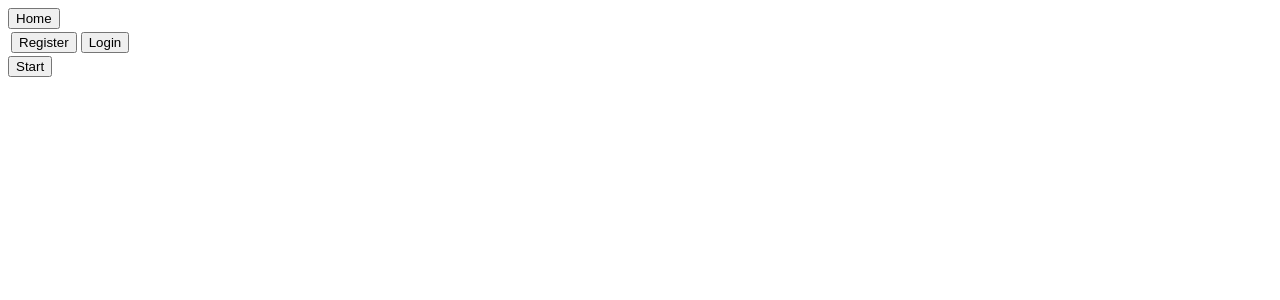
Repository: 1412554/EduSolution
Page: http://localhost/EduSolution/home
An editor plug-in stored every save of this project. The page is shown before and after the next save, followed by the edit.
The browser window is 1280 px wide. The pictures show the whole page.
The page is served by Tomcat 9. Other server files are loaded and not shown. Queries for data that is not in the repository find no rows.

Above is the page before, as saved 2017-05-28 08:26:33.

### Eclipse workspace/EduSolution/WebContent/WEB-INF/views/homeView.jsp
<%@ taglib prefix="c" uri="http://java.sun.com/jsp/jstl/core"%>
<%@ page language="java" contentType="text/html; charset=UTF-8"
  pageEncoding="UTF-8"%>
<!DOCTYPE html>
<html>
  	<head>
     	<title>HOME PAGE</title>
  	</head>

  	<body>
  	<jsp:include page="account.jsp"></jsp:include>

  	<form method="POST" action="q1">
  		<input type="submit" value="Start" />
	</form>


  	</body>
</html>

### Eclipse workspace/EduSolution/WebContent/WEB-INF/views/account.jsp
<%@ taglib prefix="c" uri="http://java.sun.com/jsp/jstl/core"%>
<%@ page language="java" contentType="text/html; charset=UTF-8"
    pageEncoding="UTF-8"%>
<html>
<head>
</head>
<body>
	<form action="${pageContext.request.contextPath}/">
	    <input type="submit" value="Home" />
	</form>
	<c:choose>
		<c:when test="${loginedUser == null}">
		<table border="0">
		<tr>
			<td>
			<form action="${pageContext.request.contextPath}/register">
			    <input type="submit" value="Register" />
			</form>
			</td>
			<td>
			<form action="${pageContext.request.contextPath}/login">
			    <input type="submit" value="Login" />
			</form>
			</td>
		</tr>
		</table>
		</c:when>

		<c:otherwise>
		<table border="0">
		<tr>
			<td>
			<a href="${pageContext.request.contextPath}/userInfo">${loginedUser.userName}</a>
			</td>
			<td>
			<form action="${pageContext.request.contextPath}/logout">
				<input type="submit" value="Log out" />
			</form>
			</td>
		</tr>
		</table>
		</c:otherwise>
	</c:choose>
</body>
</html>

### Eclipse workspace/EduSolution/src/edusolution/servlet/HomeServlet.java
package edusolution.servlet;

import java.io.IOException;

import javax.servlet.RequestDispatcher;
import javax.servlet.ServletException;
import javax.servlet.annotation.WebServlet;
import javax.servlet.http.HttpServlet;
import javax.servlet.http.HttpServletRequest;
import javax.servlet.http.HttpServletResponse;

@WebServlet(urlPatterns = { "/home"})
public class HomeServlet extends HttpServlet {
   private static final long serialVersionUID = 1L;

   public HomeServlet() {
       super();
   }

   @Override
   protected void doGet(HttpServletRequest request, HttpServletResponse response)
           throws ServletException, IOException {

       RequestDispatcher dispatcher = this.getServletContext().getRequestDispatcher("/WEB-INF/views/homeView.jsp");

       dispatcher.forward(request, response);

   }

   @Override
   protected void doPost(HttpServletRequest request, HttpServletResponse response)
           throws ServletException, IOException {
       doGet(request, response);
   }

}

### Eclipse workspace/EduSolution/src/edusolution/conn/ConnectionUtils.java
package edusolution.conn;

import java.sql.Connection;
import java.sql.SQLException;

public class ConnectionUtils {

   public static Connection getConnection()
             throws ClassNotFoundException, SQLException {

        return MySQLConnUtils.getMySQLConnection();
   }

   public static void closeQuietly(Connection conn) {
       try {
           conn.close();
       } catch (Exception e) {
       }
   }

   public static void rollbackQuietly(Connection conn) {
       try {
           conn.rollback();
       } catch (Exception e) {
       }
   }
}

### Eclipse workspace/EduSolution/src/edusolution/conn/MySQLConnUtils.java
package edusolution.conn;

import java.sql.Connection;
import java.sql.DriverManager;
import java.sql.SQLException;

public class MySQLConnUtils {

public static Connection getMySQLConnection()
        throws ClassNotFoundException, SQLException {

    // Chú ý: Thay đổi các thông số kết nối cho phù hợp.
    String hostName = "localhost";
    String dbName = "edusolution";
    String userName = "root";
    String password = "";
    return getMySQLConnection(hostName, dbName, userName, password);
}

public static Connection getMySQLConnection(String hostName, String dbName,
        String userName, String password) throws SQLException,
        ClassNotFoundException {
    // Khai báo class Driver cho DB MySQL
    // Việc này cần thiết với Java 5
    // Java6 trở lên tự động tìm kiếm Driver thích hợp.
    // Nếu bạn dùng Java > 5, thì ko cần dòng này cũng được.
    Class.forName("com.mysql.jdbc.Driver");

    // Cấu trúc URL Connection dành cho MySQL
    // Ví dụ: jdbc:mysql://localhost:3306/simplehr
    String connectionURL = "jdbc:mysql://" + hostName + ":3306/" + dbName;

    Connection conn = DriverManager.getConnection(connectionURL, userName,
            password);
    return conn;
}
}

### Eclipse workspace/EduSolution/src/edusolution/utils/MyUtils.java
package edusolution.utils;

import java.sql.Connection;



import javax.servlet.ServletRequest;
import javax.servlet.http.Cookie;
import javax.servlet.http.HttpServletRequest;
import javax.servlet.http.HttpServletResponse;
import javax.servlet.http.HttpSession;



import edusolution.beans.UserAccount;

public class MyUtils {

   public static final String ATT_NAME_CONNECTION = "ATTRIBUTE_FOR_CONNECTION";

   private static final String ATT_NAME_USER_NAME = "ATTRIBUTE_FOR_STORE_USER_NAME_IN_COOKIE";

   // Lưu trữ Connection vào một thuộc tính của request.
   // Thông tin lưu trữ chỉ tồn tại trong thời gian yêu cầu (request)
   // cho tới khi dữ liệu được trả về trình duyệt người dùng.
   public static void storeConnection(ServletRequest request, Connection conn) {
       request.setAttribute(ATT_NAME_CONNECTION, conn);
   }

   // Lấy đối tượng Connection đã được lưu trữ trong 1 thuộc tính của request.
   public static Connection getStoredConnection(ServletRequest request) {
       Connection conn = (Connection) request.getAttribute(ATT_NAME_CONNECTION);
       return conn;
   }

   // Lưu trữ thông tin người dùng đã login vào Session
   public static void storeLoginedUser(HttpSession session, UserAccount loginedUser) {
       // Trên JSP có thể truy cập ${loginedUser}
       session.setAttribute("loginedUser", loginedUser);
   }

   // Lấy thông tin người dùng đã login trong session.
   public static UserAccount getLoginedUser(HttpSession session) {
       UserAccount loginedUser = (UserAccount) session.getAttribute("loginedUser");
       return loginedUser;
   }

   // Lưu thông tin người dùng vào Cookie.
   public static void storeUserCookie(HttpServletResponse response, UserAccount user) {
       System.out.println("Store user cookie");
       Cookie cookieUserName = new Cookie(ATT_NAME_USER_NAME, user.getUserName());
       // 1 ngày (Đã đổi ra giây)
       cookieUserName.setMaxAge(24 * 60 * 60);
       response.addCookie(cookieUserName);
   }

   public static String getUserNameInCookie(HttpServletRequest request) {
       Cookie[] cookies = request.getCookies();
       if (cookies != null) {
           for (Cookie cookie : cookies) {
               if (ATT_NAME_USER_NAME.equals(cookie.getName())) {
                   return cookie.getValue();
               }
           }
       }
       return null;
   }

   // Xóa Cookie của người dùng
   public static void deleteUserCookie(HttpServletResponse response) {
       Cookie cookieUserName = new Cookie(ATT_NAME_USER_NAME, null);
       // 0 giây. (Hết hạn ngay lập tức)
       cookieUserName.setMaxAge(0);
       response.addCookie(cookieUserName);
   }

}

### Eclipse workspace/EduSolution/src/edusolution/utils/DBUtils.java
package edusolution.utils;

import java.sql.Connection;
import java.sql.Date;
import java.sql.PreparedStatement;
import java.sql.ResultSet;
import java.sql.SQLException;
import java.sql.Timestamp;
import java.util.ArrayList;
import java.util.Collection;
import java.util.List;












import javax.servlet.jsp.jstl.sql.Result;

import edusolution.beans.UserAccount;

public class DBUtils {

	// Find user to login
	public static UserAccount findUser(Connection conn, String userName, String password) throws SQLException {
	    String sql = "select a.user_name, a.password, a.logical_thinking, a.detailed_thinking, a.speed_of_learning, a.communication "
	    				+ "from user_account a "
	    				+ " where a.user_name = ? and a.password= ?";

	    PreparedStatement pstm = conn.prepareStatement(sql);
	    pstm.setString(1, userName);
	    pstm.setString(2, password);
	    ResultSet rs = pstm.executeQuery();

	    while (rs.next()) {
	        int	logicalThinking		=	rs.getInt("logical_thinking");
	        int	detailedThinking	=	rs.getInt("detailed_thinking");
	        int	speedOfLearning		=	rs.getInt("speed_of_learning");
	        int	communication		=	rs.getInt("communication");
	        UserAccount user = new UserAccount(userName, password, logicalThinking, detailedThinking, speedOfLearning, communication);
	        return user;
	    }
	    return null;
	}


	public static UserAccount findUser(Connection conn, String userName) throws SQLException {
	    String sql = "select a.user_name, a.password, a.logical_thinking, a.detailed_thinking, a.speed_of_learning, a.communication "
	    				+ "from user_account a "
	    				+ " where a.user_name = ?";

	    PreparedStatement pstm = conn.prepareStatement(sql);
	    pstm.setString(1, userName);
	    ResultSet rs = pstm.executeQuery();

	    while (rs.next()) {
	    	String password			=	rs.getString("password");
	        int	logicalThinking		=	rs.getInt("logical_thinking");
	        int	detailedThinking	=	rs.getInt("detailed_thinking");
	        int	speedOfLearning		=	rs.getInt("speed_of_learning");
	        int	communication		=	rs.getInt("communication");
	        UserAccount user = new UserAccount(userName, password, logicalThinking, detailedThinking, speedOfLearning, communication);
	        return user;
	    }
	    return null;
	}

	// Find if userName already existed
	public static UserAccount findUserName(Connection conn, String userName) throws SQLException {

		String sql = "select a.user_name from user_account a where a.user_name = ? ";

		PreparedStatement pstm = conn.prepareStatement(sql);
		pstm.setString(1, userName);

		ResultSet rs = pstm.executeQuery();

		while (rs.next()) {
			UserAccount user = new UserAccount();
			user.setUserName(userName);
			return user;
		}
		return null;
	}

	// Register new user
	public static void insertUser(Connection conn, UserAccount user) throws SQLException {
		String sql = "insert into user_account(user_name, password, logical_thinking, detailed_thinking, speed_of_learning, communication) "
						+ "values (?,?,?,?,?,?)";

		PreparedStatement pstm = conn.prepareStatement(sql);

		pstm.setString(1, user.getUserName());
		pstm.setString(2, user.getPassword());
		pstm.setInt(3, user.getLogicalThinking());
		pstm.setInt(4, user.getDetailedThinking());
		pstm.setInt(5, user.getSpeedOfLearning());
		pstm.setInt(6, user.getCommunication());

		pstm.executeUpdate();
	}


	public static void updatePoint(Connection conn, String userName, int updatePoint) throws SQLException{
		String sql0 = "select a.point from User_account a where a.user_name=?";

		PreparedStatement pstm = conn.prepareStatement(sql0);
		pstm.setString(1, userName);
		ResultSet rs = pstm.executeQuery();
		int point = 0;
		while (rs.next()) {
			point = rs.getInt("point");
		}

		String sql = "update User_Account set point=? where user_name=?";

		pstm = conn.prepareStatement(sql);

		pstm.setInt(1, point + updatePoint);
		pstm.setString(2, userName);

		pstm.executeUpdate();
	}
}

After the next save:
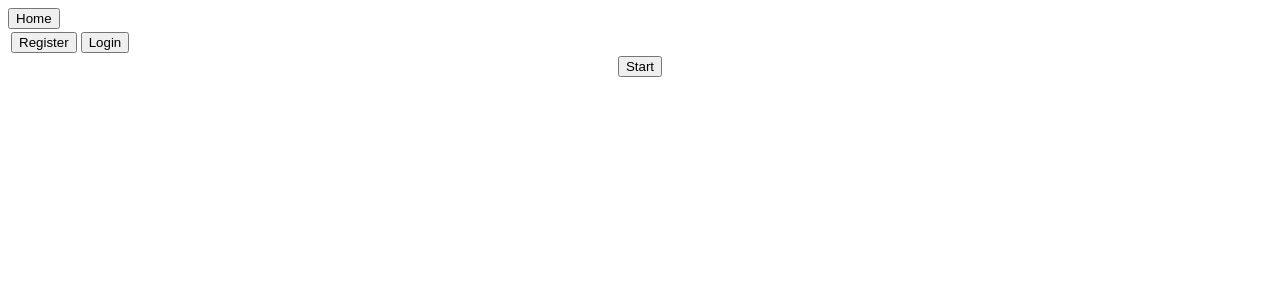
Saved 33 s later.
--- a/Eclipse workspace/EduSolution/WebContent/WEB-INF/views/homeView.jsp
+++ b/Eclipse workspace/EduSolution/WebContent/WEB-INF/views/homeView.jsp
@@ -10,10 +10,11 @@
   	<body>
   	<jsp:include page="account.jsp"></jsp:include>
 
-  	<form method="POST" action="q1">
-  		<input type="submit" value="Start" />
-	</form>
-
+  	<center>
+	  	<form method="POST" action="q1">
+	  		<input type="submit" value="Start" />
+		</form>
+	</center>
 
   	</body>
 </html>
